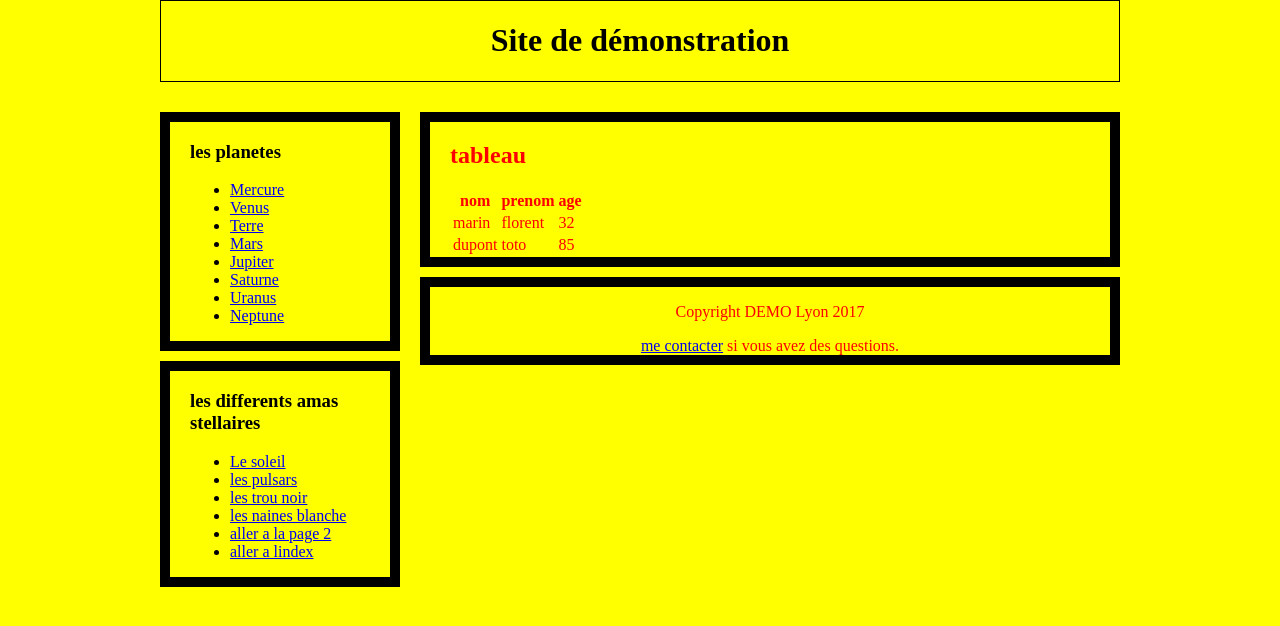
Repository: Poulpyto/fitec
Page: workspaceHtmlFlo/ModelePage1Flo/WebContent/tableau.html
These files come from the project's save history. The page is drawn as it stood at one moment and after the next save; the edit follows.
The browser window is 1280 px wide. The pictures show the whole page.

Above is the page before, as saved 2017-04-04 14:11:32.

### workspaceHtmlFlo/ModelePage1Flo/WebContent/tableau.html
<!DOCTYPE html>
<html>
<head>

<meta charset="UTF-8">
<title>Modele 1</title>
<meta name="viewport" content="width=device-width, initial-scale=1.0" /><!-- recup taille terminal utiliser , premiere etape pr respnosivité*/ -->
<link rel="stylesheet" href="css/style.css" />
</head>

<body>
	<div id="entete">
		<h1>Site de démonstration</h1>
	</div>
	<div id="nav">
		<div class="block planete">
		<h3>les planetes</h3>
			<ul>
				<li><a href= "#">Mercure</a></li>
				<li><a href= "#">Venus</a></li>
				<li><a href= "#">Terre</a></li>
				<li><a href= "#">Mars</a></li>
				<li><a href= "#">Jupiter</a></li>
				<li><a href= "#">Saturne</a></li>
				<li><a href= "#">Uranus</a></li>
				<li><a href= "#">Neptune</a></li>
			</ul>
	</div>
	<div class="block espace">
		<h3>les differents amas stellaires</h3>
		<ul>
			<li><a href= "#">Le soleil</a></li>
			<li><a href= "#">les pulsars</a></li>
			<li><a href= "#">les trou noir</a></li>
			<li><a href= "#">les naines blanche</a></li>
			<li><a href= "page2.html">aller a la page 2 </a></li>
			<li><a href= "index.html">aller a lindex </a></li>
		</ul>
	</div>
	</div>
	<div id="content">
	<div class="block">
		<h2>tableau</h2>
		<table>
			<tr>
				<th>nom</th>
				<th>prenom</th>
				<th>age</th>
			</tr>
			<tr>
				<td>marin</td>
				<td>florent</td>
				<td>32</td>
			</tr>
			<tr>
				<td>dupont</td>
				<td>toto</td>
				<td>85</td>
			</tr>
		</table>


	</div>
	<div class="block footer">
	<p> Copyright DEMO Lyon 2017</p>
	<a href="mailto:contact@example.com">me contacter</a> si vous avez des questions.
	</div>
	</div>
</body>

</html>

### workspaceHtmlFlo/ModelePage1Flo/WebContent/css/style.css
@CHARSET "UTF-8";
/*media queries*/
/*si la taille de l'ecran est <680px */
@media screen and (max-width:680px)
{
body {
	width: 100%;
	margin: 0 auto;
	background-color: grey;
	text-align: center;
}

#entete{
	border: 1px solid black;
	margin-bottom: 20px;
	padding: 0 20px;
	text-align:center;
}

#nav {
	width: 100%;

}

#content {
	width:100%;
	color: red;

}

.block{
	border: 10px solid black;
	margin-top: 10px;
	padding: 0 20px;
}
.footer{
	text-align: center;
}
}
/*si la taille de l'ecran est comprise entre 681 et 1279px*/
@media screen and (min-width:681px) and (max-width:1279px)
{
body {
	width: 100%;
	margin: 0 auto;
	background-color: cyan;
	text-align: center;
}


#entete{
	border: 1px solid black;
	margin-bottom: 20px;
	padding: 0 20px;
	text-align:center;
}

#nav {
	width: 100%;
}

.planete{
	float: left;
	width: 40%;
	color : green;
}
.espace{
	float: right;
	width: 40%;
	height: 225px;
}
#content {
	width:100%;
	color: red;
	float:right;
}

.block{
	border: 10px solid black;
	margin-top: 10px;
	padding: 0 20px;

}

.footer{
	text-align: center;
	width:100%;
}
}
/*si la taille est > 1279px*/
@media screen and (min-width:1280px)
{
body {
	width: 960px;
	margin: 0 auto;
	background-color: yellow;
}

#entete{
	border: 1px solid black;
	margin-bottom: 20px;
	padding: 0 20px;
	text-align:center;
}

#nav {
	width: 240px;
	float: left;
}

#content {
	width:700px;
	float: right;
	color: red;

}

.block{
	border: 10px solid black;
	margin-top: 10px;
	padding: 0 20px;
}
.footer{
	text-align: center;
}
}

After the next save:
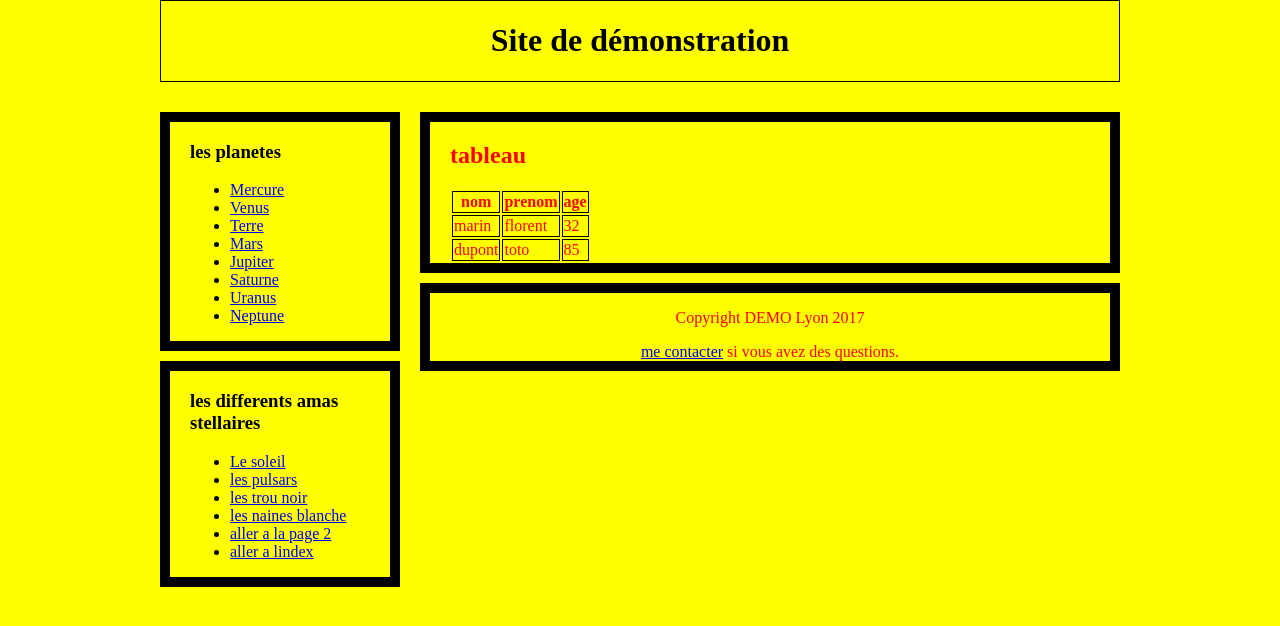
Saved 73 s later.
--- a/workspaceHtmlFlo/ModelePage1Flo/WebContent/css/style.css
+++ b/workspaceHtmlFlo/ModelePage1Flo/WebContent/css/style.css
@@ -1,6 +1,9 @@
 @CHARSET "UTF-8";
 /*media queries*/
 /*si la taille de l'ecran est <680px */
+td, th{
+	border:1px solid black
+}
 @media screen and (max-width:680px)
 {
 body {
